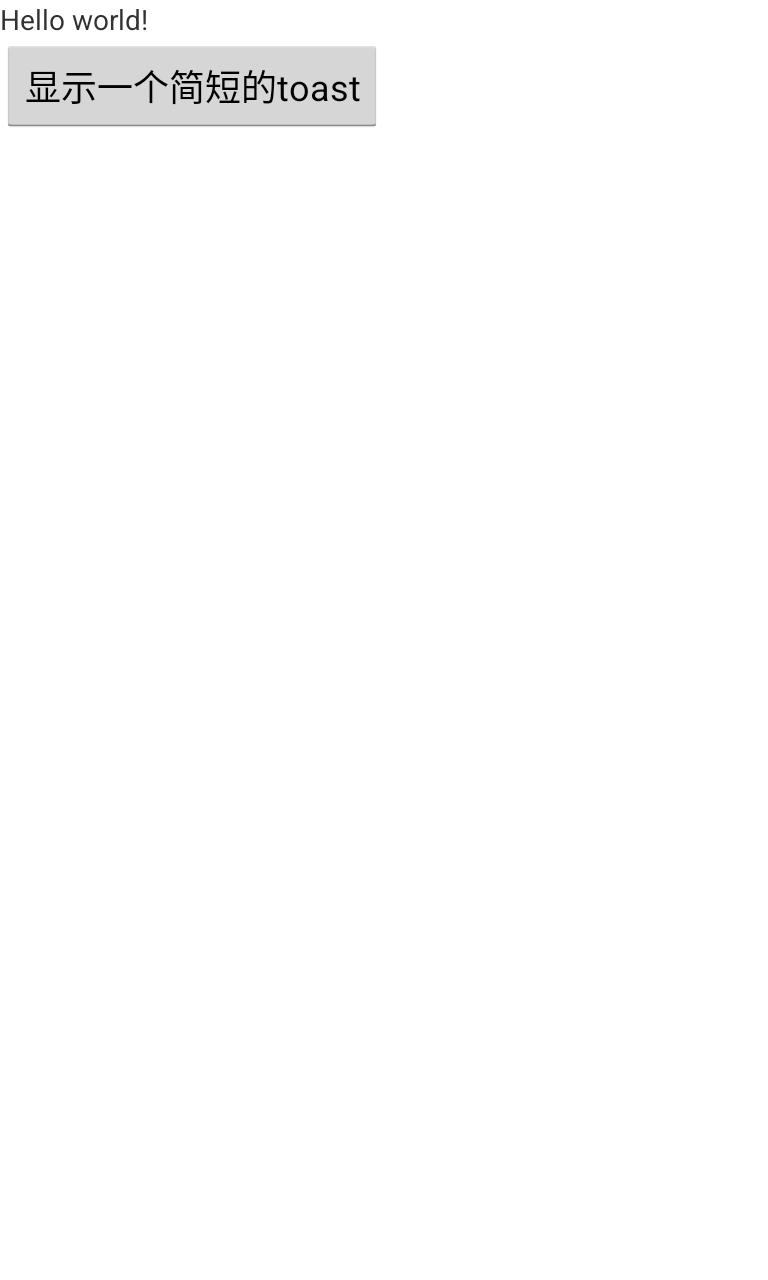
Repository: avenosu/android-coding-practice
Layout: Z008Toast(word and picture)/res/layout/activity_main.xml
An editor plug-in stored every save of this project. The layout is shown before and after the next save, followed by the edit.
It is drawn on a 768 x 1280 px phone screen (xhdpi) without system bars, with theme AppTheme; the app's code is not run.

Above is the layout before, as saved 2015-03-26 05:19:51.

After the next save:
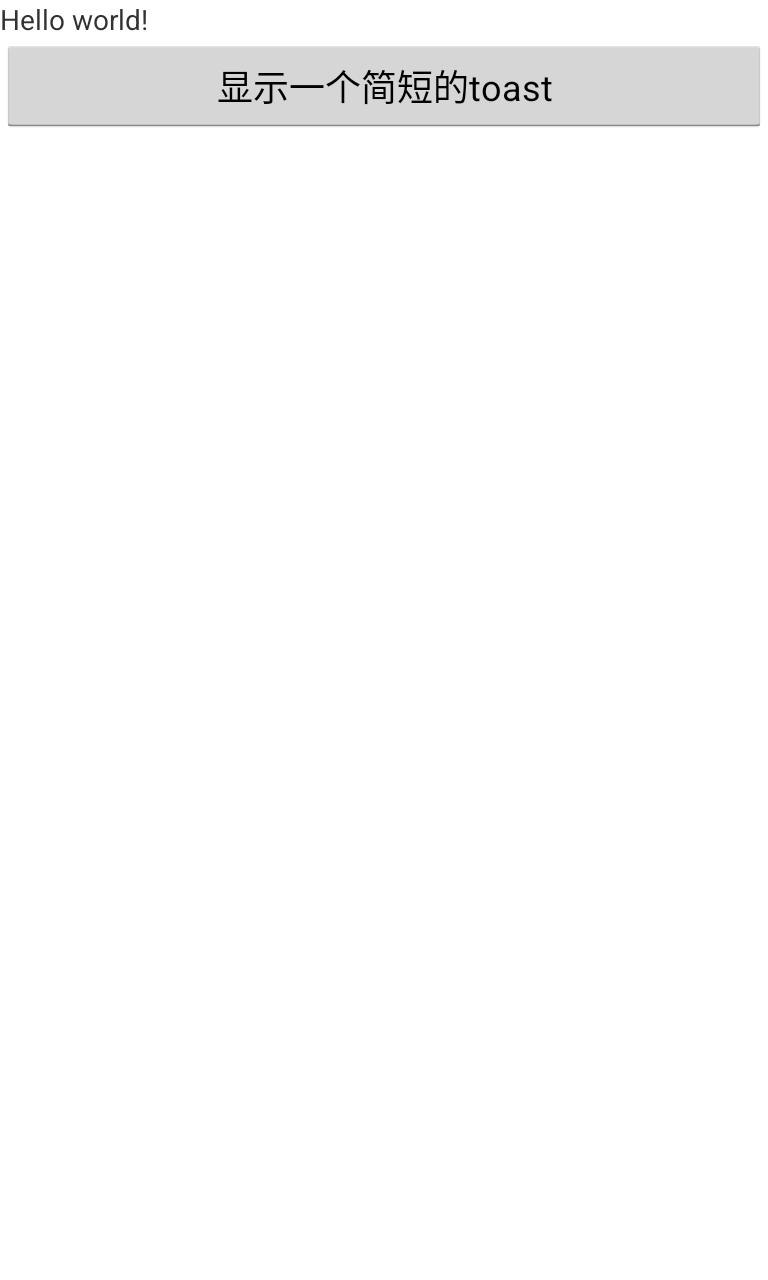
Saved 39 s later.
--- a/Z008Toast(word and picture)/res/layout/activity_main.xml
+++ b/Z008Toast(word and picture)/res/layout/activity_main.xml
@@ -13,10 +13,8 @@
 
     <Button
         android:id="@+id/mainactivity_button1"
-        android:layout_width="wrap_content"
+        android:layout_width="fill_parent"
         android:layout_height="wrap_content"
-        android:layout_alignLeft="@+id/textView1"
-        android:layout_below="@+id/textView1"
         android:text="显示一个简短的toast" />
 
 </LinearLayout>
